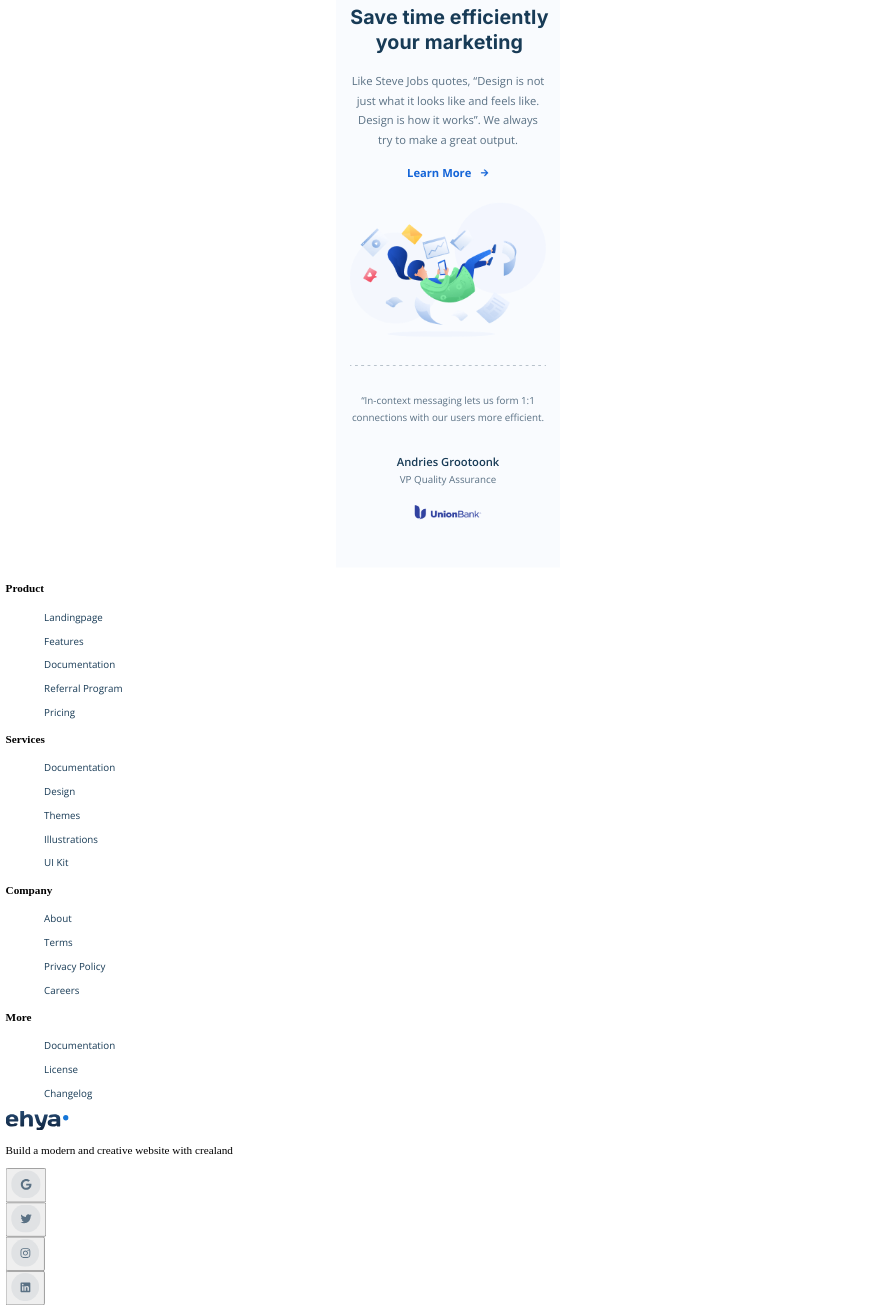
Repository: umlaufissss/provaFront
Page: HTML/index.html
An editor plug-in stored every save of this project. The page is shown before and after a run of saves, followed by the edit.
The browser window is 1280 px wide. The pictures show the part of the page from y = 1704 to 3624 px (the page is 3577 px tall before and 3624 px after), at 70% of full size.
Some web fonts or font styles are not loaded; a fallback is used.

Above is the page before, as saved 2026-06-22 19:16:54.

After the next 4 saves:
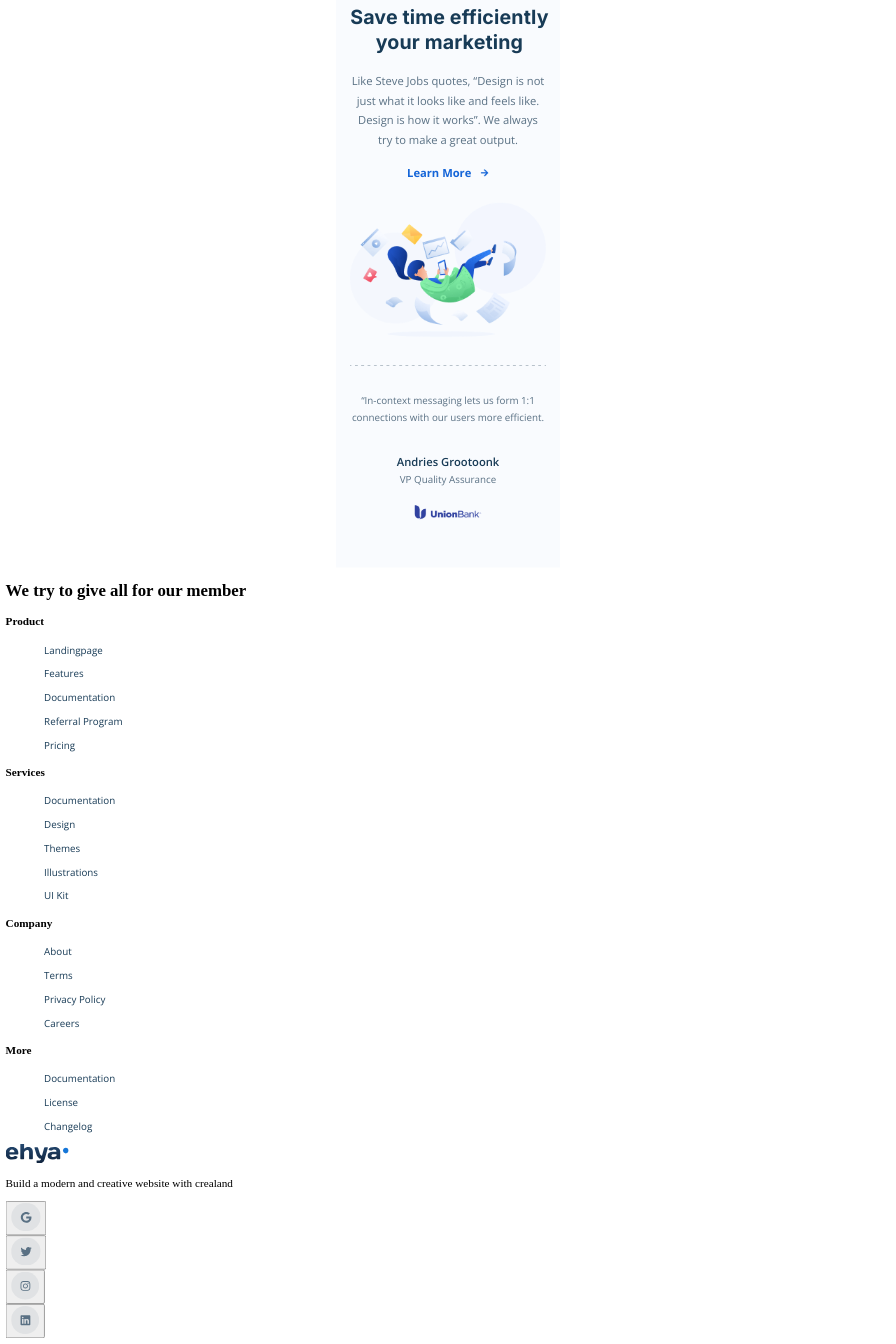
The 4 saves are shown as one change because they came seconds apart.
The last was saved 8 s later.
--- a/HTML/index.html
+++ b/HTML/index.html
@@ -141,7 +141,7 @@
         </section>
 
         <section class="third" id="support">
-            <h2></h2>
+            <h2>We try to give all for our member</h2>
         </section>
 
         <footer class="baseboard">
--- a/CSS/style.css
+++ b/CSS/style.css
@@ -38,7 +38,7 @@
 
 .phrase h1{
     font-family: "Inter" , sans-serif;
-
+    color: #183B56
     font-weight: 300 ;
 
     font-family: Inter;
@@ -318,6 +318,7 @@
 .cardFooter ul li {
     list-style-type: none;
     margin: 15px;
+    margin:;
 
 }
 .cardFooter a{
